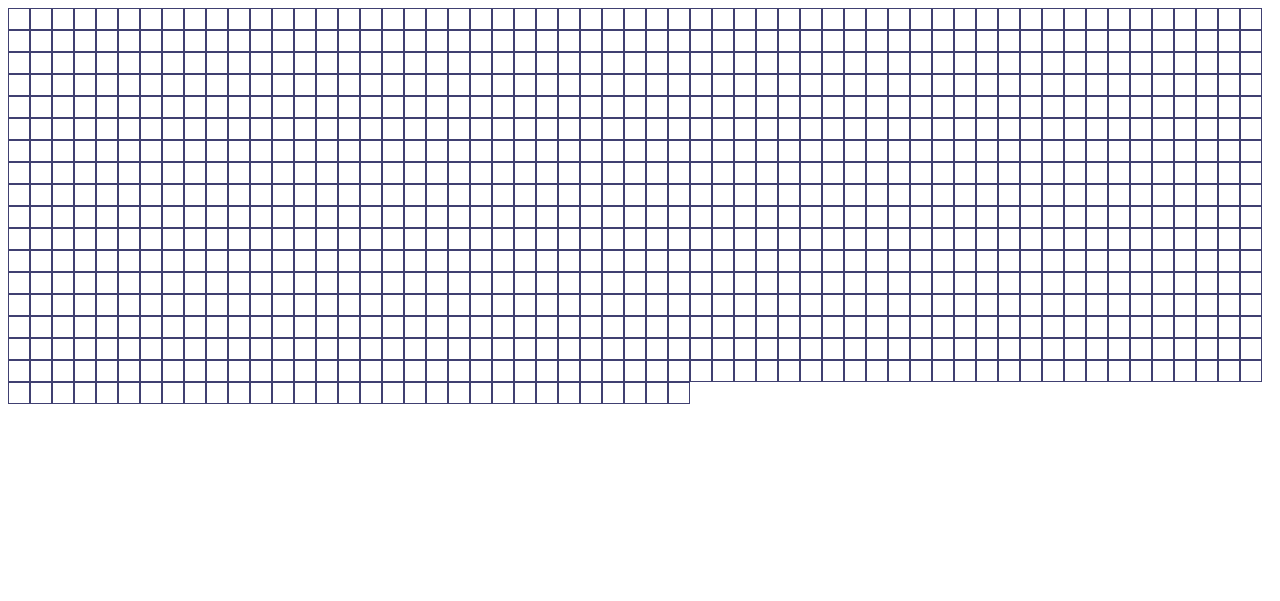
Repository: NikhilJohny/Pathfinding---ReactJS
Page: /
These files come from the project's save history. The page is drawn as it stood at one moment and after the next save; the edit follows.
The browser window is 1280 px wide. The pictures show the whole page.
The project was rebuilt for these pictures with package versions that can differ from the ones it lists, and the page was loaded fresh each time.

Above is the page before, as saved 2021-05-06 07:10:29.

After the next save:
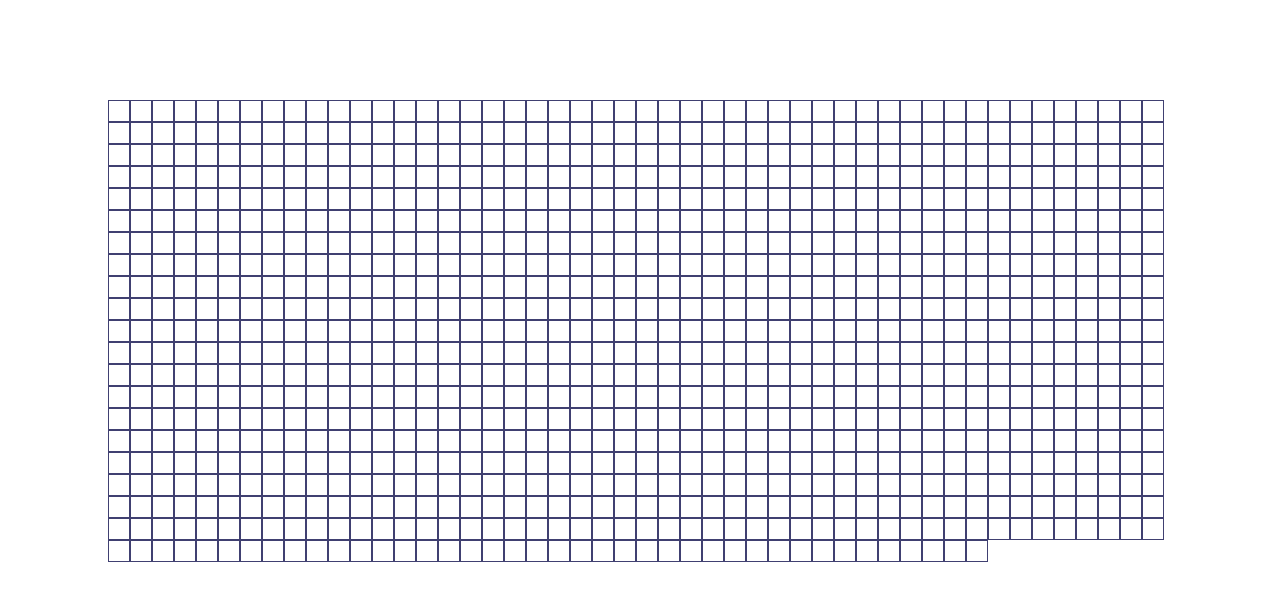
Saved 21 s later.
--- a/src/Node.css
+++ b/src/Node.css
@@ -1,3 +1,7 @@
+.canvas {
+    margin: 100px;
+}
+
 .Node {
     margin-bottom: -4px;
     width: 20px;
